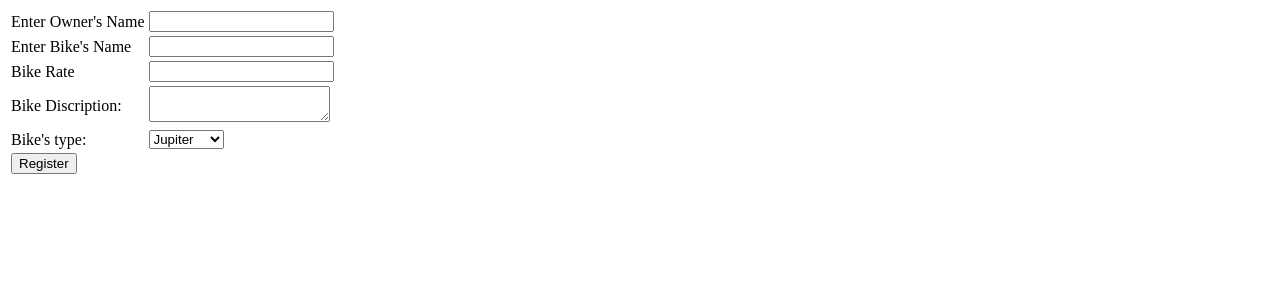
Repository: shivanishinde30/shivanisss
Page: http://localhost/BikeSellDemo/WEB-INF/views/sellbike.jsp
An editor plug-in stored every save of this project. The page is shown before and after the next save, followed by the edit.
The browser window is 1280 px wide. The pictures show the whole page.
The page is served by Tomcat 9. Nobody is signed in. Other server files are loaded and not shown. The template is opened directly, without the code that normally fills it, so the values that code supplies are empty.

Above is the page before, as saved 2019-12-03 05:01:04.

### BikeSellDemo/src/main/webapp/WEB-INF/views/sellbike.jsp
<%@ page language="java" contentType="text/html; charset=UTF-8"
    pageEncoding="UTF-8"%>
<!DOCTYPE html>
<html>
<head>
<meta charset="UTF-8">
<title>Insert title here</title>
</head>
<body>

<form> <!-- action="addBike" -->
<table>

<tr>
<td>Enter Owner's Name</td>
<td><input type="text" name="oname"></td>
</tr>

<tr>
<td>Enter Bike's Name</td>
<td><input type="text" name="bname"></td>
</tr>

<tr>
<td>Bike Rate</td>
<td><input type="text" name="rate"></td>
</tr>

<tr>
<td>Bike Discription:</td>
<td><textarea  rows="2" cols="20" name="disc" ></textarea></td>
</tr>

<tr>
<td>Bike's type:</td>
<td>
<select name="type">
<option>Jupiter</option>
<option>Activa</option>
<option>Wego</option>
<option>Pleasure</option>
</select>
</td>
</tr>

<tr>
<td><input type="submit" name="btn" value="Register"></td>
</tr>

</table>
</form>
</body>
</html>

After the next save:
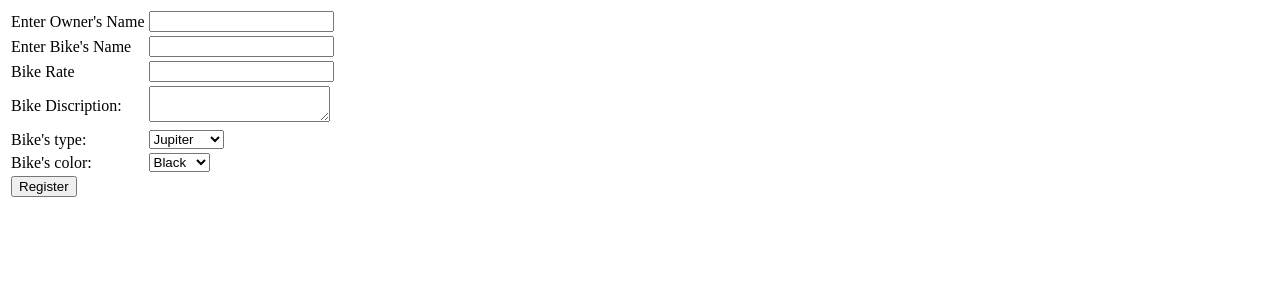
Saved 53 s later.
--- a/BikeSellDemo/src/main/webapp/WEB-INF/views/sellbike.jsp
+++ b/BikeSellDemo/src/main/webapp/WEB-INF/views/sellbike.jsp
@@ -44,6 +44,17 @@
 </tr>
 
 <tr>
+<td>Bike's color:</td>
+<td>
+<select name="color">
+<option>Black</option>
+<option>White</option>
+<option>Silver</option>
+<option>Yellow</option>
+</select>
+</td>
+</tr>
+<tr>
 <td><input type="submit" name="btn" value="Register"></td>
 </tr>
 
